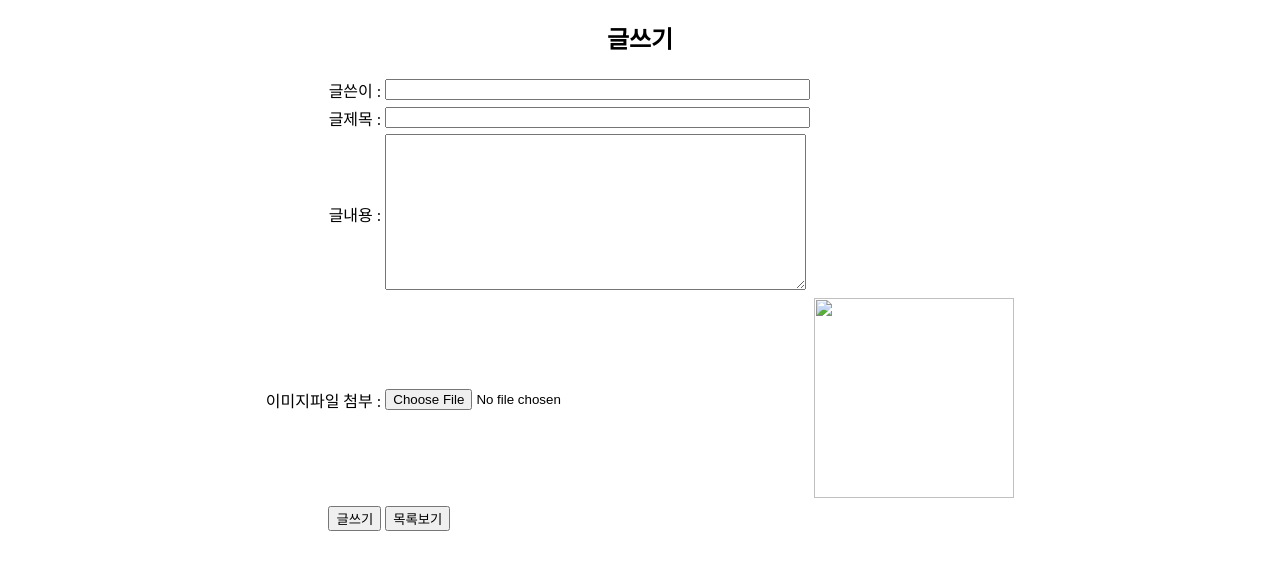
Repository: chromosome2/member
Page: http://localhost/memberMVC/boardinfo/replyForm.jsp
These files come from the project's save history. The page is drawn as it stood at one moment and after the next save; the edit follows.
The browser window is 1280 px wide. The pictures show the whole page.
The page is served by Tomcat 9. Other server files are loaded and not shown.

Above is the page before, as saved 2022-10-27 02:15:09.

### projectWorkspace9/memberMVC/src/main/webapp/boardinfo/replyForm.jsp
<%@ page language="java" contentType="text/html; charset=UTF-8"
    pageEncoding="UTF-8"%>
<%@ taglib prefix="c" uri="http://java.sun.com/jsp/jstl/core" %>
<%@ taglib prefix="fmt" uri="http://java.sun.com/jsp/jstl/fmt" %>
<c:set var="contextPath" value="${pageContext.request.contextPath }"/>
<%
	request.setCharacterEncoding("utf-8");
%>
<!DOCTYPE html>
<html>
<head>
<meta charset="UTF-8">
<title>답글쓰기</title>
<script src="http://code.jquery.com/jquery-latest.min.js"></script>
<script type="text/javascript">
	function readImage(input){
		if(input.files && input.files[0]){
			let reader=new FileReader();
			reader.onload=function(event){
				$('#preview').attr('src',event.target.result);
			}
			reader.readAsDataURL(input.files[0]);
		}
	}
	//다른 액션을 submit
	function toList(obj){
		obj.action="${contextPath}/board/listArticles.do";
		obj.submit();
	}
</script>
</head>
<body>
	<h2 align="center">글쓰기</h2>
	<form name="frmReply" action="${contextPath }/board/addArticle.do" method="post" enctype="multipart/form-data">
		<table align="center">
			<tr>
				<td align="right">글쓴이 : </td>
				<td><input type="text" size="50" name="title"></td>
			</tr>
			<tr>
				<td align="right">글제목 : </td>
				<td colspan="2"><input type="text" size="50" name="title"></td>
			</tr>
			<tr>
				<td align="right">글내용 : </td>
				<td colspan="2"><textarea name="content" rows="10" cols="50" maxlength="4000"></textarea></td><!-- name은 변수 역할 -->
			</tr>
			<tr>
				<td align="center">이미지파일 첨부 : </td>
				<td><input type="file" name="imageFileName" onchange="readImage(this)"></td>
				<td><img id="preview" src="#" width="200" height="200"></td>
			</tr>
			<tr>
				<td align="right">
					<input type="submit" value="글쓰기">
				</td>
				<td align="left">
					<input type="button" value="목록보기" onclick="toList(this.form)"><!-- 나 자신의(this) form. -->
				</td>
			</tr>
		</table>
	</form>
</body>
</html>

After the next save:
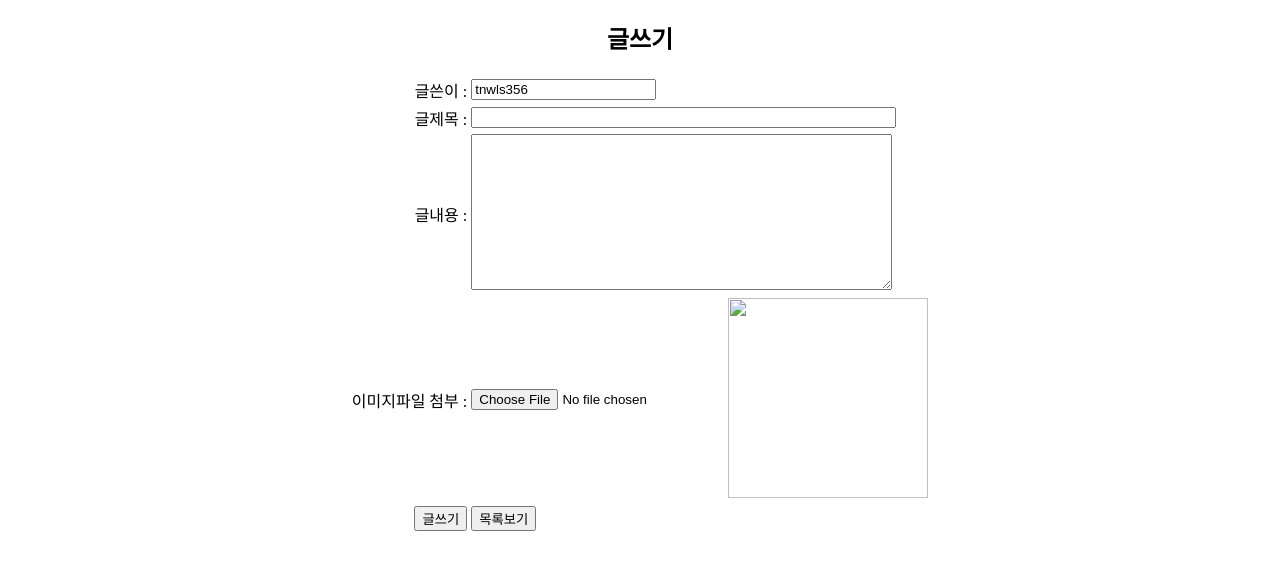
Saved 3 min 19 s later.
--- a/projectWorkspace9/memberMVC/src/main/webapp/boardinfo/replyForm.jsp
+++ b/projectWorkspace9/memberMVC/src/main/webapp/boardinfo/replyForm.jsp
@@ -35,7 +35,7 @@
 		<table align="center">
 			<tr>
 				<td align="right">글쓴이 : </td>
-				<td><input type="text" size="50" name="title"></td>
+				<td><input type="text" value="tnwls356" name="title"></td>
 			</tr>
 			<tr>
 				<td align="right">글제목 : </td>
